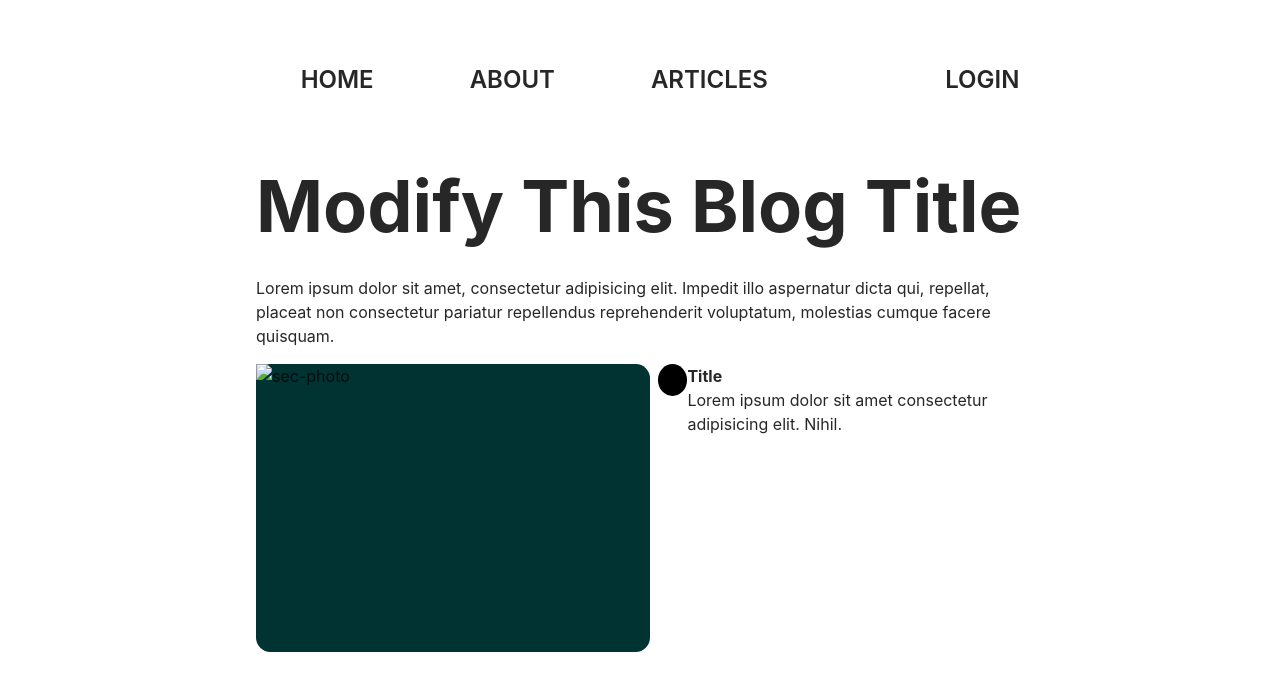
Repository: ValGrace/-static-site
Page: /home (app in client/)
An editor plug-in stored every save of this project. The page is shown before and after the next save, followed by the edit.
The browser window is 1280 px wide. The pictures show the whole page.
The project was rebuilt for these pictures with package versions that can differ from the ones it lists, and the page was loaded fresh each time. Also part of the build but not shown: client/vite.config.js, client/src/Utils/appwrite.js, client/src/Components/Inputs.css, client/src/Components/Login.jsx, client/src/Components/Signup.jsx.

Above is the page before, as saved 2023-02-05 12:11:08.

After the next save:
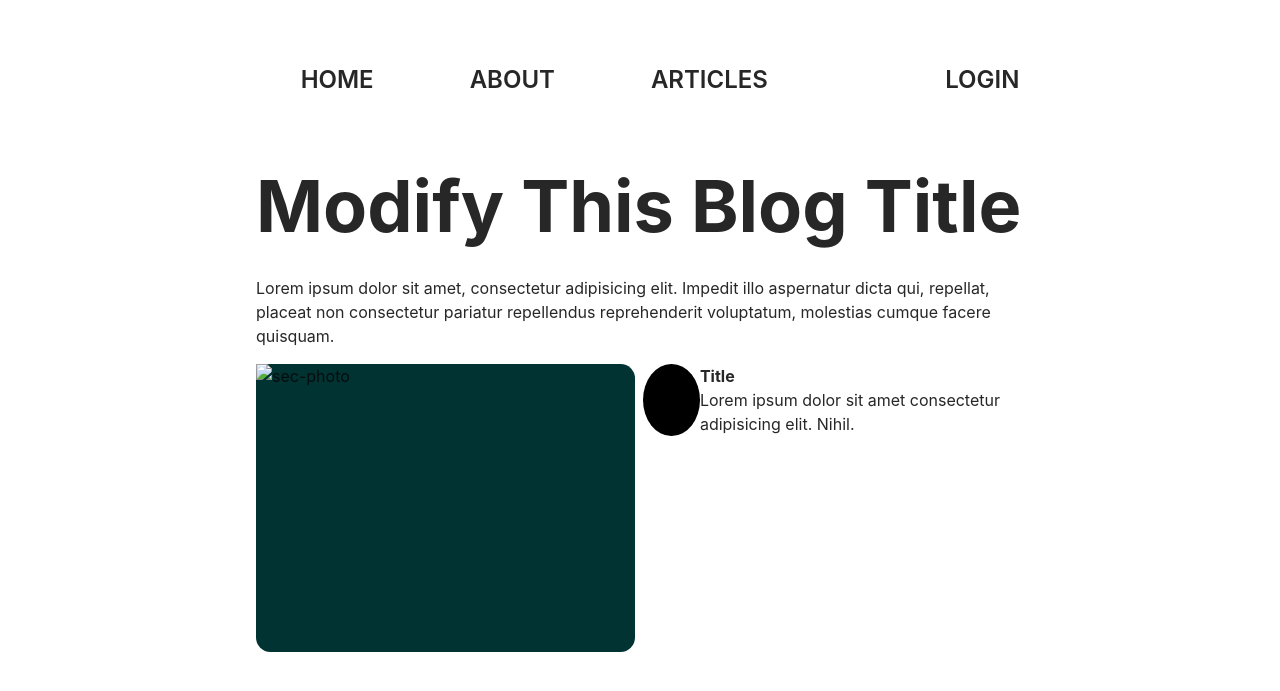
Saved 17 s later.
--- a/client/src/Components/Navbar.css
+++ b/client/src/Components/Navbar.css
@@ -53,8 +53,8 @@ nav > ul{
 
 .side-img {
     background-color: black;
-    width: 2.5rem;
-    height: 2rem;
+    width: 5rem;
+    height: 4.5rem;
     border-radius: 50%;
 }
 
